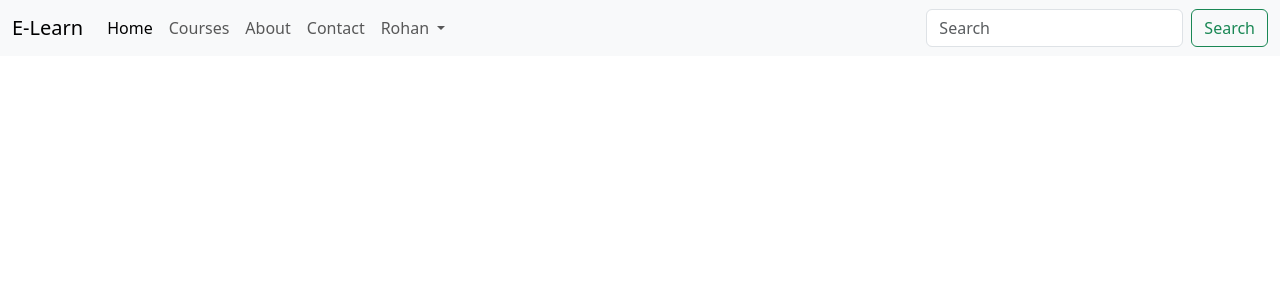
Repository: syni18/bootstrap_elarn
Page: About.html
The author's editor kept a copy of each file at every save. The page is drawn from the files as they stood at one save, then again after a run of saves.
The browser window is 1280 px wide. The pictures show the whole page.

Above is the page before, as saved 2023-10-25 22:59:42.

After the next 2 saves:
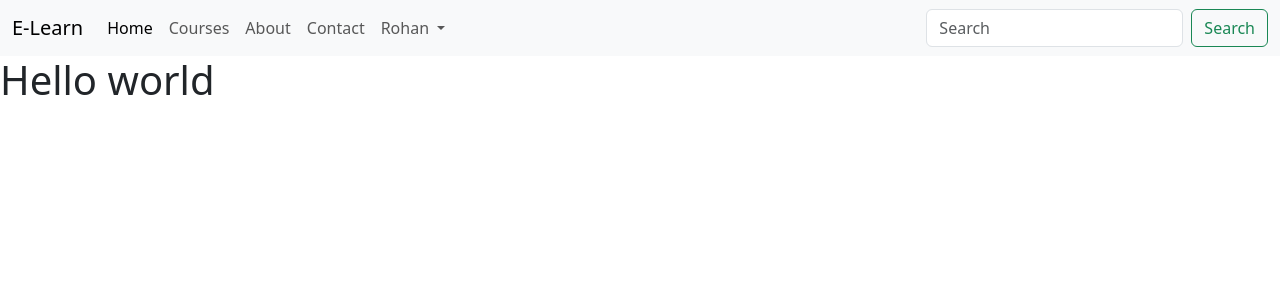
The 2 saves are shown as one change because they came seconds apart.
The last was saved 7 s later.
--- a/About.html
+++ b/About.html
@@ -46,7 +46,7 @@
     </div>
   </div>
 </nav>
-
+<h1>Hello world</h1>
     <script src="https://cdn.jsdelivr.net/npm/bootstrap@5.3.2/dist/js/bootstrap.bundle.min.js" integrity="sha384-C6RzsynM9kWDrMNeT87bh95OGNyZPhcTNXj1NW7RuBCsyN/o0jlpcV8Qyq46cDfL" crossorigin="anonymous"></script>
   </body>
 </html>

After the 5 saves that followed:
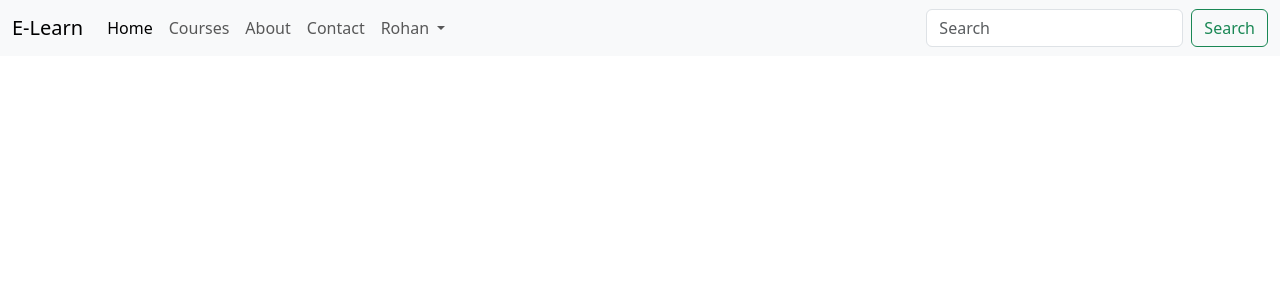
The 5 saves are shown as one change because 1 left the picture as it was and some came seconds apart.
The last was saved 71 s later.
--- a/About.html
+++ b/About.html
@@ -22,7 +22,7 @@
           <a class="nav-link" href="#">Courses</a>
         </li>
         <li class="nav-item">
-          <a class="nav-link" href="/About.html">About</a>
+          <a class="nav-link" href="#">About</a>
         </li>
         <li class="nav-item">
           <a class="nav-link" href="#">Contact</a>
@@ -46,7 +46,7 @@
     </div>
   </div>
 </nav>
-<h1>Hello world</h1>
+
     <script src="https://cdn.jsdelivr.net/npm/bootstrap@5.3.2/dist/js/bootstrap.bundle.min.js" integrity="sha384-C6RzsynM9kWDrMNeT87bh95OGNyZPhcTNXj1NW7RuBCsyN/o0jlpcV8Qyq46cDfL" crossorigin="anonymous"></script>
   </body>
 </html>
